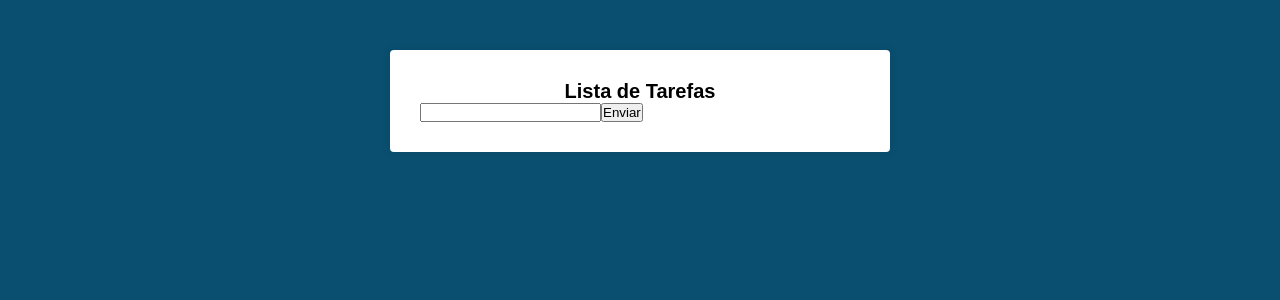
Repository: FellipeMiguel/lista-de-tarefas
Page: /
The author's editor kept a copy of each file at every save. The page is drawn from the files as they stood at one save, then again after the next save.
The browser window is 1280 px wide. The pictures show the whole page.
The project was rebuilt for these pictures with package versions that can differ from the ones it lists, and the page was loaded fresh each time.

Above is the page before, as saved 2023-06-14 23:25:47.

### src/index.js
import React from "react"
import ReactDOM from "react-dom/client"

import App from "./App"

const root = ReactDOM.createRoot(document.getElementById("root"))
root.render(
  <React.StrictMode>
    <App />
  </React.StrictMode>,
)

### src/App.js
import Main from './components/Main'
import './App.css'

function App() {
  return <Main />
}

export default App

### src/components/Main.js
import React, { Component } from 'react'

// Form
import { FaPlus } from 'react-icons/fa'

import './Main.css'

export default class Main extends Component {
  state = {
    newTask: '',
  }

  handleChange = (e) => {
    this.setState({ newTask: e.target.value })
  }

  render() {
    // const { newTask } = this.state

    return (
      <div className="main">
        <h1>Lista de Tarefas</h1>

        <form action="#">
          <input onChange={this.handleChange} type="text" />
          <button type="submit">Enviar</button>
        </form>
      </div>
    )
  }
}

### src/components/Main.css
.main {
  background: #fff;
  padding: 30px;
  margin: 50px auto;
  max-width: 500px;
  border-radius: 4px;
  box-shadow: 0 0 10px rgba(0, 0, 0, 0.1);
}

.main h1 {
  font-size: 20px;
  text-align: center;
}

Loaded but not shown: public/index.html (common file); src/App.css (common file)

After the next save:
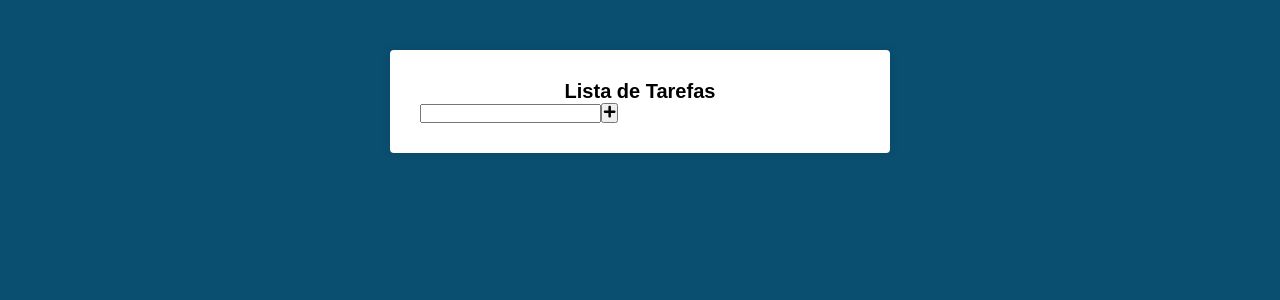
Saved 15 s later.
--- a/src/components/Main.js
+++ b/src/components/Main.js
@@ -23,7 +23,9 @@ export default class Main extends Component {
 
         <form action="#">
           <input onChange={this.handleChange} type="text" />
-          <button type="submit">Enviar</button>
+          <button type="submit">
+            <FaPlus />
+          </button>
         </form>
       </div>
     )
